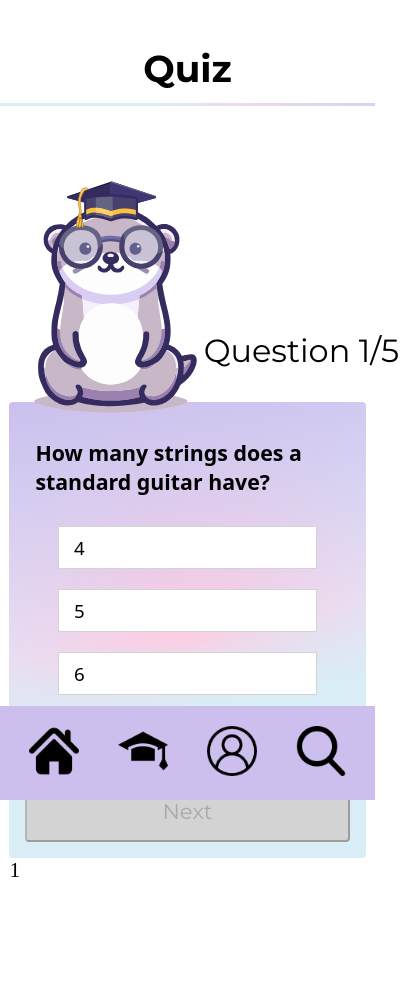
Repository: 1medi/pocketprof
Page: /quiz/page
These files come from the project's save history. The page is drawn as it stood at one moment and after the next save; the edit follows.
The browser window is 375 px wide. The page is 411 px wide, so the pictures cover 411 px, including what lies to the right of the window. The pictures show the whole page.
The project was rebuilt for these pictures with package versions that can differ from the ones it lists, and the page was loaded fresh each time. The framework's server and built-in components were replaced by stand-ins that run in the browser. Also part of the build but not shown: next.config.mjs, Components/Buttons/Oscar/Oscar.module.css, Components/Buttons/Oscar/index.js.

Above is the page before, as saved 2024-04-14 06:25:59.

### pages/quiz/page.jsx
'use client';
import React, { useState, useRef, useEffect } from 'react';
import { quiz } from "../data"
import styles from "./page.module.css"
import { Montserrat } from "next/font/google"
import Header from '@/Components/Header';
import NavBar from "@/Components/Navbar"
import Image from 'next/image';


const notoSans = Montserrat({
  subsets: ['latin'],
});

export default function Page() {
  const [activeQuestion, setActiveQuestion] = useState(0);
  const [selectedAnswer, setSelectedAnswer] = useState('');
  const [checked, setChecked] = useState(false);
  const [selectedAnswerIndex, setSelectedAnswerIndex] = useState(null);
  const [showResult, setShowResult] = useState(false);
  const [result, setResult] = useState({
    score: 0,
    correctAnswers: 0,
    wrongAnswers: 0,
  });
  const [progress, setProgress] = useState(0);

  const nextButtonRef = useRef(null);

  const { questions } = quiz;
  const { answers, correctAnswer } = questions[activeQuestion];

  const onAnswerSelected = (answer, idx, event = null) => {
    if (event && event.type === 'keydown' && (event.key !== 'Enter' && event.key !== ' ')) {
      return;
    }
    setChecked(true);
    setSelectedAnswerIndex(idx);
    if (answer === correctAnswer) {
      setSelectedAnswer(true);
      console.log('true');
    } else {
      setSelectedAnswer(false);
      console.log('false');
    }
  };


  useEffect(() => {
    if (checked && nextButtonRef.current) {
      nextButtonRef.current.focus();
    }
  }, [checked]);

  const nextQuestion = () => {
    setProgress((prevProgress) => (prevProgress + 1) % 5); // Change 5 to the total number of nested divs
    setSelectedAnswerIndex(null);
    setResult((prev) =>
      selectedAnswer
        ? {
            ...prev,
            score: prev.score + 5,
            correctAnswers: prev.correctAnswers + 1,
          }
        : {...prev,
            wrongAnswers: prev.wrongAnswers + 1,
          }
    );
    if (activeQuestion !== questions.length - 1) {
      setActiveQuestion((prev) => prev + 1);
    } else {
      setActiveQuestion(0);
      setShowResult(true);
    }
    setChecked(false);
  };

  return (
    <>
    <Header name="Quiz"/>
      <div className={`${styles.container}`}>
      <div>
      <div className={styles.oscarBox}>
    <Image
      priority
      src="/img/oscar/oscar-main.svg"
      width="100"
      height="100"
      alt="oscar"
      className={styles.oscar}
    />
    {!showResult && (
      <div className={styles.activeQ}>
        Question {activeQuestion + 1}
        <span>/{questions.length}</span>
      </div>
    )}
  </div>
    </div>
      <div>
        {!showResult ? (
          <div className={styles.quizContainer}>
            <h3 className={styles.question}>{questions[activeQuestion].question}</h3>
            {answers.map((answer, idx) => (
              <li
                key={idx}
                onClick={() => onAnswerSelected(answer, idx)}
                onKeyDown={(event) => onAnswerSelected(answer, idx, event)}
                className={`${styles.answerList} ${selectedAnswerIndex === idx ? styles.itemSelected : styles.itemHover}`}
                tabIndex={0}>
                <span>{answer}</span>
              </li>
            ))}

            <button
              ref={nextButtonRef}
              onClick={nextQuestion}
              className={checked ? styles.btn : styles.btnDisabled}
              tabIndex={2}
              disabled={!checked}>
              {activeQuestion === questions.length - 1 ? 'Finish' : 'Next'}
            </button>
          </div>
        ) : (
          <div className={styles.quizContainer}>
            <div className={styles.result}><h3 className={styles.hthree}>Results</h3></div>
            <div><h2 className={styles.htwo}>Overall {(result.score / (questions.length * 5)) * 100}%</h2></div>
            <div className={styles.resultBox}>
              <p className={styles.paragraph}>
              Total Questions: <span>{questions.length}</span>
            </p>
            <p className={styles.paragraph}>
              Total Score: <span>{result.score}</span>
            </p>
            <p className={styles.paragraph}>
              Correct Answers: <span>{result.correctAnswers}</span>
            </p>
            <p className={styles.paragraph}>
              Wrong Answers: <span>{result.wrongAnswers}</span>
            </p>
            </div>
            <button className={styles.btn} onClick={() => window.location.reload()}>Restart</button>
          </div>
        )}
      </div>
      <div className={styles.progressBar}>
          <div className={styles.step} style={{ opacity: progress >= 0 ? 1 : 0 }}><p className={styles.barText}>1</p></div>
          <div className={styles.step} style={{ opacity: progress >= 1 ? 1 : 0 }}><p className={styles.barText}>2</p></div>
          <div className={styles.step} style={{ opacity: progress >= 2 ? 1 : 0 }}><p className={styles.barText}>3</p></div>
          <div className={styles.step} style={{ opacity: progress >= 3 ? 1 : 0 }}><p className={styles.barText}>4</p></div>
          <div className={styles.step} style={{ opacity: progress >= 4 ? 1 : 0 }}><p className={styles.barText}>5</p></div>
      </div>
      </div>
    <NavBar/>
    </>

  );
};

### pages/api/chat-gpt/route.js
import { NextResponse } from "next/server";

export async function POST(request) {
  return NextResponse.json({
    name: "IT WORKS!!!",
  });
}

### styles/globals.css
:root {
background-color: white;
align-content: center;
--main-color-purple: #53239B;
--main-color-lightpurple: #CCBFED;
--secondary-color-blue: #9AB7F9;
--secondary-color-lightblue: #CCE3FB;

--font-header: 34pt ;
--font-section-header: 28pt;
--font-sub-header: 24pt;
--font-button: 16pt;
--font-body: 16pt;
--font-secondary: 14pt;
--font-tertiary:12pt;

--headings: "Montserrat", "sans-serif";;
--body-text: "Noto Sans", sans-serif;

}


* {
    padding: 0;
    margin: 0;
  }

  ol,
  ul {
    list-style: none;
  }

### pages/data.js
export const quiz = {
    totalQuestions: 5,
    questions: [
      {
        id: 1,
        question: 'How many strings does a standard guitar have?',
        answers: ['4', '5', '6', '7'],
        correctAnswer: '6',
      },
      {
        id: 2,
        question: 'Which part of the guitar do you strum or pluck the strings with?',
        answers: ['Headstock', 'Fretboard', 'Body', 'Bridge'],
        correctAnswer: 'Body',
      },
      {
        id: 3,
        question: 'What is a pick used for in playing the guitar?',
        answers: ['Holding the strings down', 'Strumming or plucking the strings', 'Keeping the guitar in tune', 'San Marino'],
        correctAnswer: 'Strumming or plucking the strings',
      },
      {
        id: 4,
        question: 'What is the name of the thickest string on the guitar?',
        answers: ['A string', 'E string', 'D string', 'G string'],
        correctAnswer: 'E string',
      },
      {
        id: 5,
        question: 'Where do you place your fingers to play different notes on the guitar?',
        answers: ['On the body', 'On the headstock', 'On the strings over the fretboard', 'On the tuning pegs'],
        correctAnswer: 'On the strings over the fretboard',
      },
    ],
  };

### pages/quiz/page.module.css

@media only screen and (max-width:431px) {
  .container{
  padding: 1rem 0;
  background-color: white;
  width: 95%;
  margin: auto;
  margin-top: 3rem;
  border-radius: 10px;
  font-size: var(--font-body);

}

.question{
  font-family: var(--body-text);
  font-size: var(--font-body);
  margin: 20px 10px;

}

.htwo {
  padding-bottom: 2rem;
  color: #000105;
  font-family: var(--headings);
  font-size: var(--font-sub-header);
}

.hthree {
  padding-bottom: 2rem;
  color: #000105;
  font-family: var(--headings);
  font-size: var(--font-sub-header);
  text-align: left;
}

.result{
  left:0;
  width:100%;
  border-bottom: 0.5px solid black;
  height: 40px;
  margin-bottom: 3rem;
}

.btn {
  padding: 16px 8px;
  width: 100%;
  margin-top: 12px;
  font-size: var(--font-button);
  border-radius: 5px;
  cursor: pointer;
  background-color: var(--main-color-purple);
  color: white;
  font-family: var(--headings);
  align-self: center;
}

.btnDisabled {
  background-color: lightgray;
  padding: 16px 8px;
  width: 100%;
  margin-top: 12px;
  font-size: var(--font-button);
  border-radius: 4px;
  color: darkgray;
  font-family: var(--headings);
}

.answerList {
  list-style-type: none;
  cursor: pointer;
  margin: 10px 50px;
  padding: 8px 15px;
  color: #000105;
  border: 1.5px solid lightgray;
  background-color: white;
  font-family: var(--body-text);
  font-size: var(--font-secondary);
  width: 70%;
}

.activeQ{
  margin: 5rem 12rem;
  position: absolute;
  top: 50%; /* center vertically */
  left: 50%; /* center horizontally */
  transform: translate(-50%, -50%); /* adjust precise centering */
  width: 100%;
  color: black;
  text-align: center;
  padding:10px;
  font-family: var(--headings);
  font-size: var(--font-sub-header)
}

.itemHover:hover {
  background-color: #CCBFED;
  columns: #fff;
}

.itemSelected {
  color: #474747;
  background-color:#8E71D5;
}

.quizContainer {
  background: linear-gradient(-10deg, #d9edf7 35%, rgba(237, 202, 216, 0) 50%, var(--main-color-lightpurple)), radial-gradient(circle, #ffcae1 0, #daeafc 100%);
  padding: 1rem;
  margin-top: 2rem;
  border-radius: 4px;
  display: flex;
  flex-direction: column;
  justify-content: center;
  align-items: center;

}

.paragraph {
  padding: 8px 0;
  font-size: var(--font-body);
  font-family: var(--body-text);
  margin: 10px;
  padding: 8px 50px 8px 10px;
  color: #000105;
  border-bottom: 1.5px solid lightgray;
  background-color: white;
  text-align: left;
}

.resultBox{
  background-color: white;
  padding: 2rem;
  width: fit-content;
  display: flex;
  flex-direction: column;
  align-self: center;
  border-radius: 10px;
  margin-bottom: 2rem;
}

.oscarBox {
  position: relative;
  width: 200px;
  height: 200px;
}

.oscar {
  display: block;
  width: 100%;
  height: auto;
}

}

### Components/Header/index.js
import styles from "@/Components/Header/Header.module.css"
import Link from "next/link"

export default function Header({name}){
  return (
    <>
    <header className={styles.header}>

      <h1 className={styles.headerTitle}>{name}</h1>
    </header>
    </>
  )
}

### Components/Navbar/index.js
import styles from "./Navbar.module.css"
import Oscar from "@/Components/Buttons/Oscar"
import Link from "next/link"
import Home from "@/public/img/home-icon-silhouette.png"
import Image from "next/image"
import Learn from "@/public/img/learn.png"
import Profile from "@/public/img/navuser.png"
import Search from "@/public/img/search.png"

export default function NavBar() {
  return (
    <nav className={styles.nav}>
      <div className={styles.navContainer}>
        <ul className={styles.navOptions}>
          <li className={styles.navLink}>
            <Link href={'/'} className={styles.navText}>
              <Image
              className={styles.image}
              src={Home}
              width={50}
              height={50}
              />
            </Link>
          </li>
          <li className={styles.navLink}>
            <Link href={'/Courses'} className={styles.navText}>
              <Image
              className={styles.image}
              src={Learn}
              width={50}
              height={50}
              />
            </Link>
          </li>
          <li className={styles.navLink}>
            <Link href={'/Profile'} className={styles.navText}>
              <Image
              className={styles.image}
              src={Profile}
              width={50}
              height={50}
              />
            </Link>
          </li>
          <li className={styles.navLink}>
            <Link href={'/QuizPage'} className={styles.navText}>
              <Image
              className={styles.image}
              src={Search}
              width={50}
              height={50}
              />

            </Link>
          </li>
        </ul>
      </div>
    </nav>
  )
}

### Components/Header/Header.module.css
.header{
  max-height: 400;
  height: 4rem;
  position: relative;
  padding: 1.3rem;
  backdrop-filter: blur(10px);
  justify-content: center;
  align-items: center;
  }

  .header::before {
    content: "";
    position: absolute;
    inset: 0;
    border-bottom: 3px solid transparent;
    background: linear-gradient(140deg,  #d9edf7 35%, rgba(237, 202, 216, 0) 50%, var(--main-color-lightpurple)), radial-gradient(circle, #ffcae1 0, #daeafc 100%) border-box;
    mask: linear-gradient(#fff 0 0) padding-box, linear-gradient(#fff 0 0);
    mask-composite: exclude;
  }


.headerTitle{
  text-align: center;
  margin:auto;
  display: flex;
  justify-content: center;
  color: black;
  padding-top: 25px;
  font-family: var(--headings);
  font-size: var(--font-section-header);
}

### Components/Navbar/Navbar.module.css
@media only screen and (max-width:430px) {
  .nav {
  position: fixed;
  bottom: 0;
  left: 0;
  width: 100%;
  display: flex;
  flex-direction: row;
  background-color:var(--main-color-lightpurple);
  justify-content: space-around;
}

.navContainer{
  position: relative;
  justify-content: space-around;
  width: 100%;
}
.buttonContainer{
  padding:10px;

}

.navOptions{
  display: flex;
  flex-direction: row;
  text-align: center;
  justify-content: space-around;
  padding: 10px;
  text-decoration: none;
}

.navLink{
  padding: 10px;
  border-radius: 10px;
  text-decoration: none;
  list-style: none;
  position: relative;
  justify-content: center;
}

.image:hover{
  background-color: #8b82a4;
}

.navText{
  text-decoration: none;
  list-style: none;
  color:black;
}

.navText:visited{
  text-decoration: none;
  list-style: none;
  color: black;
}

.oscar{
  position:relative
}
}

Loaded but not shown: pages/_app.js (common file); pages/_document.js (common file); pages/api/hello.js (common file); pages/api/askOscar.js (no copy from this time; the picture is the same without it); pages/api/chat.js (no copy from this time; the picture is the same without it); pages/api/image.js (no copy from this time; the picture is the same without it)

After the next save:
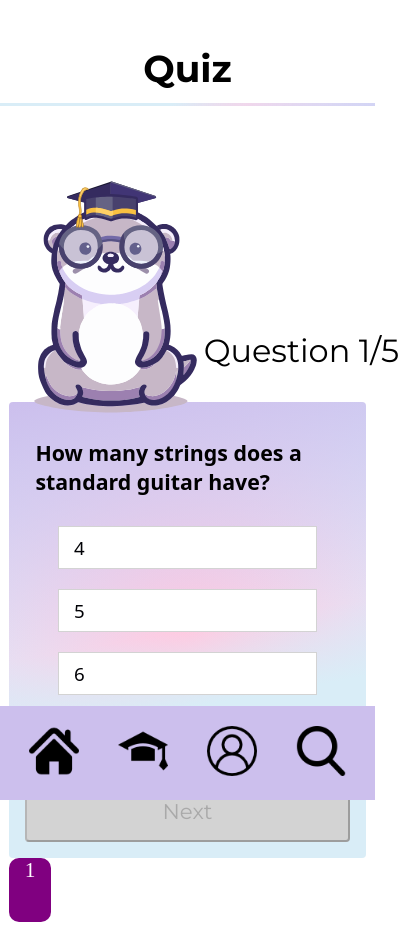
Saved 14 s later.
--- a/pages/quiz/page.module.css
+++ b/pages/quiz/page.module.css
@@ -149,4 +149,25 @@
   height: auto;
 }
 
+.progressBar{
+  display: flex;
+  flex: row;
+  border-radius: 5px;
 }
+
+.step{
+  background-color: purple;
+  transition: background-color 0.5s ease;
+  height:3em;
+  width: 10em;
+  margin-right:30px;
+  border-radius: 10px;
+  text-align: center;
+}
+
+.barText{
+  color:white;
+}
+
+
+}
